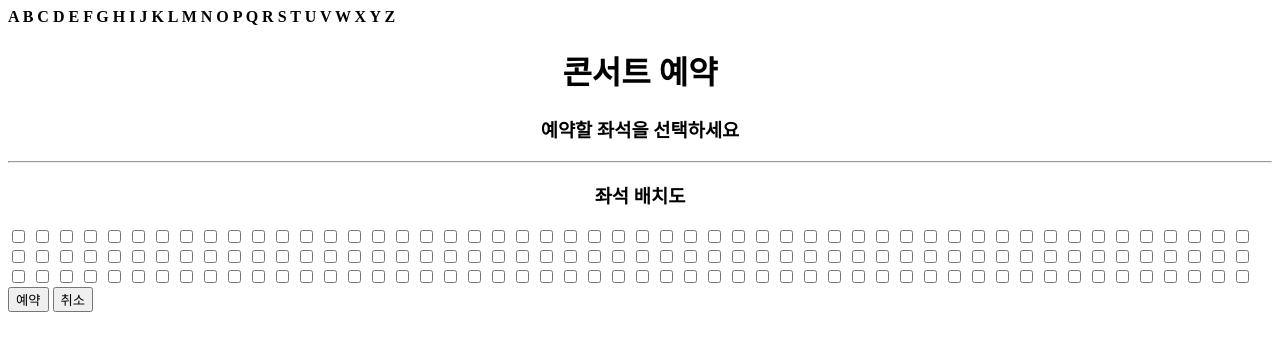
Repository: bbseok97/HTML
Page: http://localhost/jspbasic/application/reserve.jsp
An editor plug-in stored every save of this project. The page is shown before and after the next save, followed by the edit.
The browser window is 1280 px wide. The pictures show the whole page.
The page is served by Tomcat 9.

Above is the page before, as saved 2024-04-09 02:53:28.

After the next save:
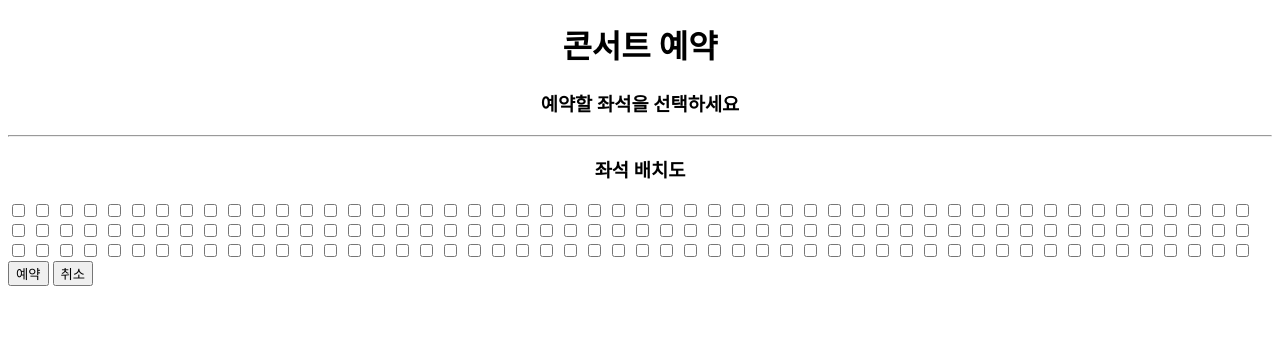
Saved 7 s later.
--- a/jspbasic/src/main/webapp/application/reserve.jsp
+++ b/jspbasic/src/main/webapp/application/reserve.jsp
@@ -9,10 +9,6 @@
 	</head>
 	<body>
 		<form>
-		<b><%for(char c= 'A'; c <= 'Z'; c++) {%>
-			<%=c %>
-		<%} %>
-		</b>
 		<h1 style="text-align:center">콘서트 예약</h1>
 		<h3 style="text-align:center">예약할 좌석을 선택하세요</h3>
 		<hr>
